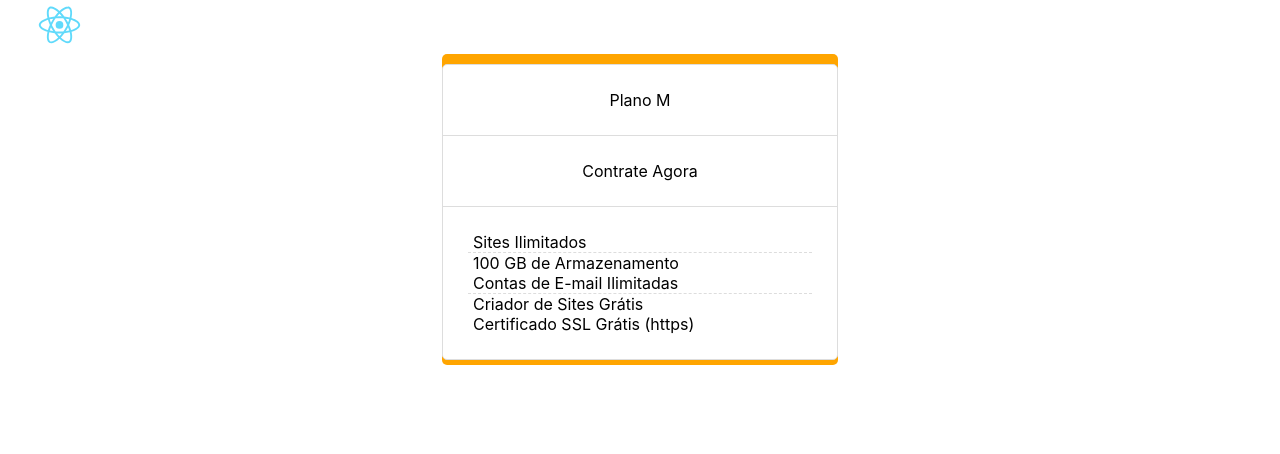
Repository: gatomazi/hostgatorFrontend
Page: /
The author's editor kept a copy of each file at every save. The page is drawn from the files as they stood at one save, then again after the next save.
The browser window is 1280 px wide. The pictures show the whole page.
The project was rebuilt for these pictures with package versions that can differ from the ones it lists, and the page was loaded fresh each time.

Above is the page before, as saved 2020-01-24 11:17:43.

### src/App.js
import React from "react";

import "./App.css";
import Topbar from "./components/Topbar";
import Plano from "./components/Plano";
function App() {
  return (
    <div className="App">
      <Topbar />
      <Plano />
    </div>
  );
}

export default App;

### src/components/Topbar.js
import React from "react";

import logo from "../logo.svg";
// import { Link } from "react-router-dom";

import { makeStyles } from "@material-ui/core/styles";
import Grid from "@material-ui/core/Grid";
import Container from "@material-ui/core/Container";

const useStyles = makeStyles(theme => ({
  root: {
    flexGrow: 1
  }
}));

const Topbar = () => {
  const classes = useStyles();
  return (
    <div className={classes.root}>
      <Container maxWidth="lg">
        <Grid item xs={12} style={{ textAlign: "left" }}>
          <img
            style={{ height: 50 }}
            src={logo}
            className="Navbar-logo"
            alt="logo"
          />
        </Grid>
      </Container>
    </div>
  );
};

export default Topbar;

### src/components/Plano.js
import React from "react";
import "./Plano.scss";

import Grid from "@material-ui/core/Grid";
import Container from "@material-ui/core/Container";

const Plano = () => {
  return (
    <div className="root">
      <Container maxWidth="xs">
        <Grid className="orangePlanBg" item xs={12}>
          <div className="planCard">
            <div>Plano M</div>
            <div className="insideDivisor">Contrate Agora</div>
            <div style={{ textAlign: "left" }}>
              <span>Sites Ilimitados</span>
              <span>100 GB de Armazenamento</span>
              <span>Contas de E-mail Ilimitadas</span>
              <span>Criador de Sites Grátis</span>
              <span>Certificado SSL Grátis (https)</span>
            </div>
          </div>
        </Grid>
      </Container>
    </div>
  );
};

const borderColor = "#ddd";

export default Plano;

### src/components/Plano.scss
.root {
  flex-grow: 1;
}
.orangePlanBg {
  background-color: orange;
  padding-bottom: 5px;
  padding-top: 10px;
  border-radius: 5px;
}
.planCard {
  background-color: #fff;
  border: 1px solid #ddd;
  border-radius: 5px;
  div {
    padding: 25px;
  }
  span {
    padding: 0px 5px;
    display: block;
    &:first-child,
    &:nth-child(3) {
      border-bottom: dashed 0.8px #ddd;
    }
  }
}

.insideDivisor {
  border-bottom: 0.5px;
  border-bottom-color: #ddd;
  border-bottom-style: solid;
  /* border-bottom: 0.5; */
  border-top: 0.5px;
  border-top-color: #ddd;
  border-top-style: solid;
  /* border-top: 0.5; */
}

Loaded but not shown: public/index.html (common file); src/index.js (common file); src/index.css (common file); src/serviceWorker.js (common file); src/App.css (common file)

After the next save:
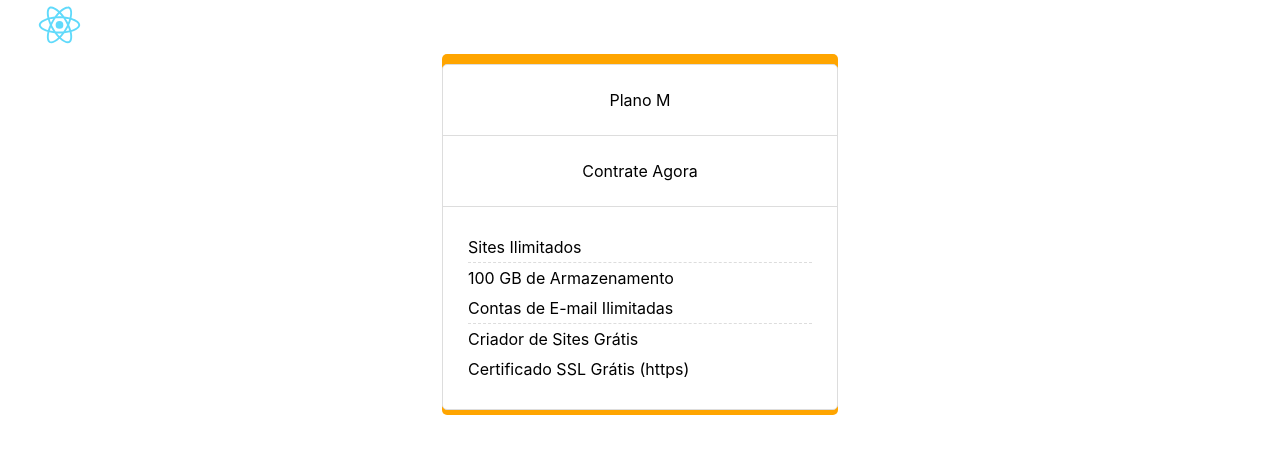
Saved 4 s later.
--- a/src/components/Plano.scss
+++ b/src/components/Plano.scss
@@ -15,7 +15,7 @@
     padding: 25px;
   }
   span {
-    padding: 0px 5px;
+    padding: 5px 0px;
     display: block;
     &:first-child,
     &:nth-child(3) {
